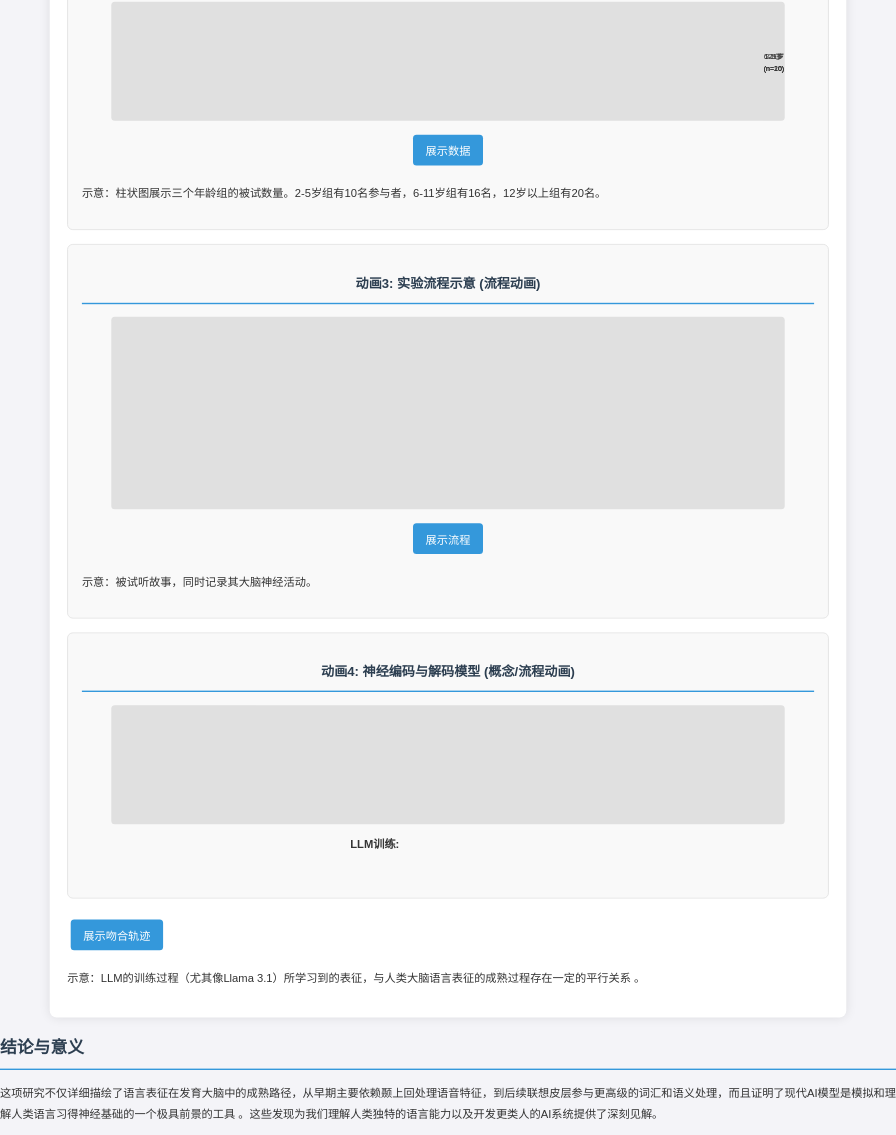
Repository: james130012/newcline
Page: useful/5.神经网络和年长大脑.html
The author's editor kept a copy of each file at every save. The page is drawn from the files as they stood at one save, then again after a run of saves.
The browser window is 1280 px wide. The pictures show the part of the page from y = 1092 to 3012 px (the page is 2714 px tall before and 3012 px after), at 70% of full size.

Above is the page before, as saved 2025-05-16 08:03:36.

After the next 7 saves:
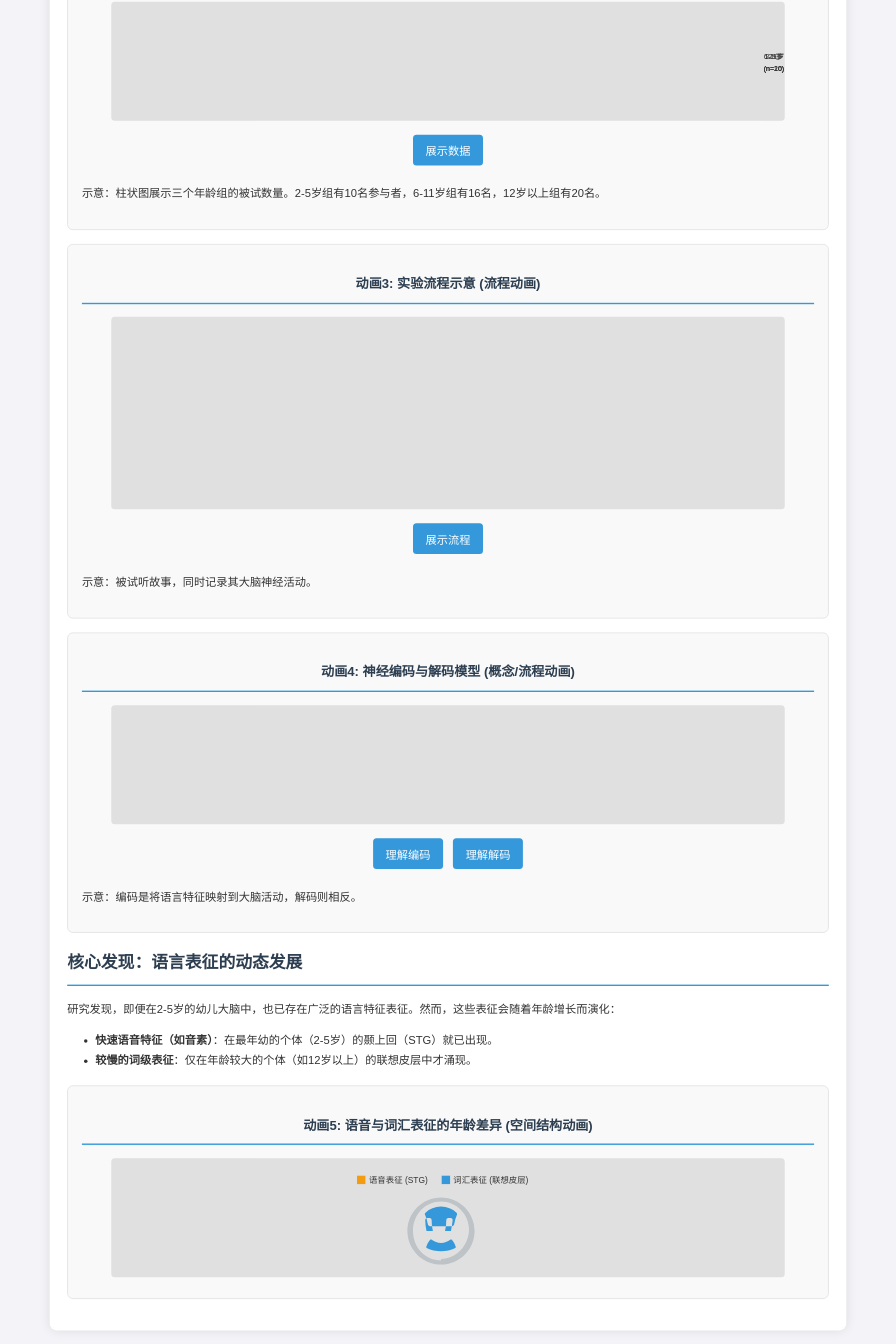
The 7 saves are shown as one change because they came seconds apart.
The last was saved 16 s later.
--- a/useful/5.神经网络和年长大脑.html
+++ b/useful/5.神经网络和年长大脑.html
@@ -266,24 +266,27 @@
                 <div id="anim4-decoding" class="flow-box hidden">
                     <h4>解码 (Decoding)</h4>
                     大脑活动 &rarr; 模型 &rarr; 预测语言特征
-                        <span id="anim10-brain-s1" class="timeline-event">幼儿期 (语音基础)</span>
-                        <span id="anim10-brain-s2" class="timeline-event">学龄期 (词汇丰富)</span>
-                        <span id="anim10-brain-s3" class="timeline-event">成年期 (高级语义)</span>
-                    </div>
+                    <p style="font-size:12px;">$ \text{预测语言特征} \approx V \cdot \overline{X}_{\text{脑活动}} $</p>
                 </div>
-                <div style="width:80%; margin-top:15px;">
-                    <strong>LLM训练:</strong>
-                    <div class="timeline">
-                        <span id="anim10-llm-s1" class="timeline-event">早期训练 (基础模式)</span>
-                        <span id="anim10-llm-s2" class="timeline-event">中期训练 (复杂结构)</span>
-                        <span id="anim10-llm-s3" class="timeline-event">后期训练 (类人表征)</span>
-                    </div>
+            </div>
+            <button onclick="playAnim4('encoding')">理解编码</button>
+            <button onclick="playAnim4('decoding')">理解解码</button>
+            <p>示意：编码是将语言特征映射到大脑活动，解码则相反。</p>
+        </div>
+
+        <h2>核心发现：语言表征的动态发展</h2>
+        <p>研究发现，即便在2-5岁的幼儿大脑中，也已存在广泛的语言特征表征。然而，这些表征会随着年龄增长而演化：</p>
+        <ul>
+            <li><b>快速语音特征（如音素）</b>：在最年幼的个体（2-5岁）的颞上回（STG）就已出现。</li>
+            <li><b>较慢的词级表征</b>：仅在年龄较大的个体（如12岁以上）的联想皮层中才涌现。</li>
+        </ul>
+
+        <div class="animation-container">
+            <h3>动画5: 语音与词汇表征的年龄差异 (空间结构动画)</h3>
+            <div class="animation-box" id="anim5-box">
+                <div style="text-align:center; margin-bottom:10px;">
+                    <span class="legend-item"><span class="legend-color" style="background-color:#f39c12;"></span>语音表征 (STG)</span>
+                    <span class="legend-item"><span class="legend-color" style="background-color:#3498db;"></span>词汇表征 (联想皮层)</span>
                 </div>
-            </div>
-            <button onclick="playAnim10()">展示吻合轨迹</button>
-             <p>示意：LLM的训练过程（尤其像Llama 3.1）所学习到的表征，与人类大脑语言表征的成熟过程存在一定的平行关系 。</p>
-        </div>
-
-        <h2>结论与意义</h2>
-         <p>这项研究不仅详细描绘了语言表征在发育大脑中的成熟路径，从早期主要依赖颞上回处理语音特征，到后续联想皮层参与更高级的词汇和语义处理，而且证明了现代AI模型是模拟和理解人类语言习得神经基础的一个极具前景的工具 。这些发现为我们理解人类独特的语言能力以及开发更类人的AI系统提供了深刻见解。</p>
-    </div>
+                <div id="anim5-brain-young" class="brain-outline" style="display:inline-block; margin-right:20px; position:relative;">
+                    <div class="brain-region stg" id="anim5-young-phonetic" style="opacity:0;"></div>
